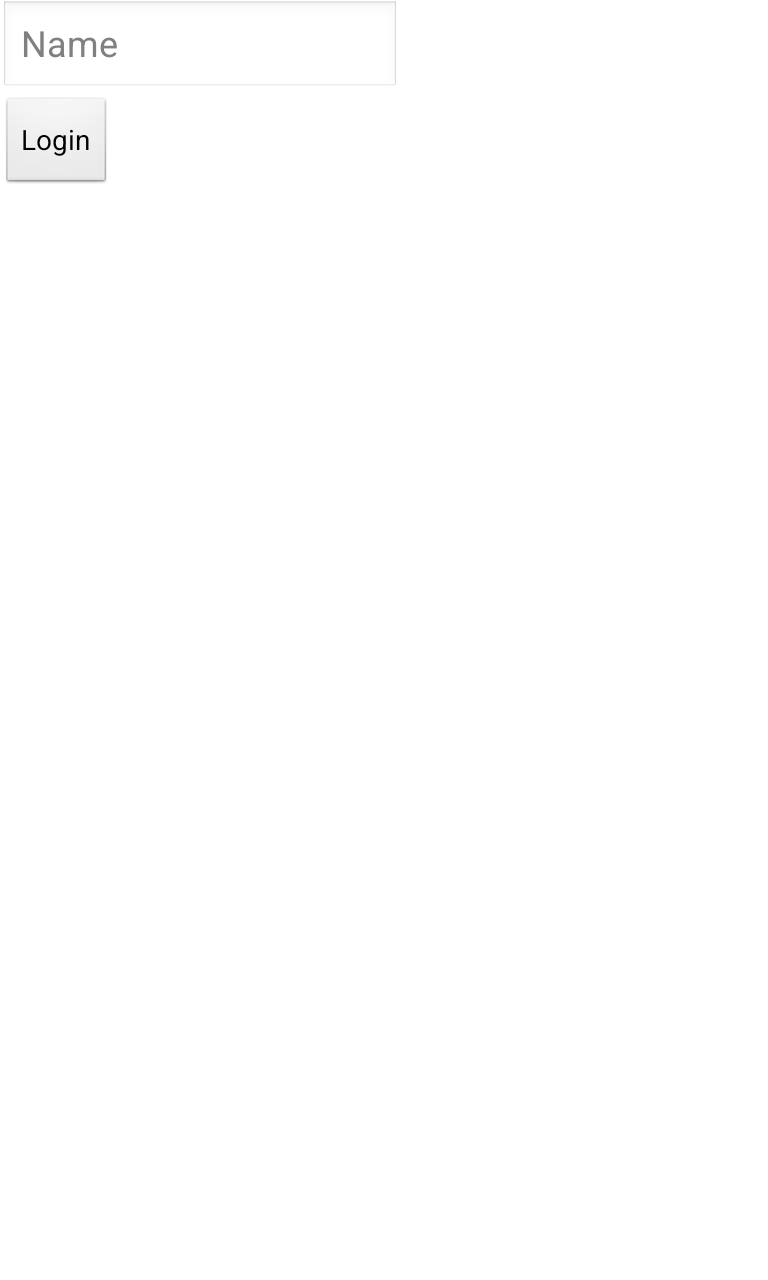
Repository: drice0331/CityMapsAndroidChallenge
Layout: CitymapsUserPhotoDisplay/res/layout/activity_launch.xml
These files come from the project's save history. The layout is drawn as it stood at one moment and after the next save; the edit follows.
It is drawn on a 768 x 1280 px phone screen (xhdpi) without system bars, with theme AppTheme; the app's code is not run.

Above is the layout before, as saved 2015-02-18 21:05:24.

After the next save:
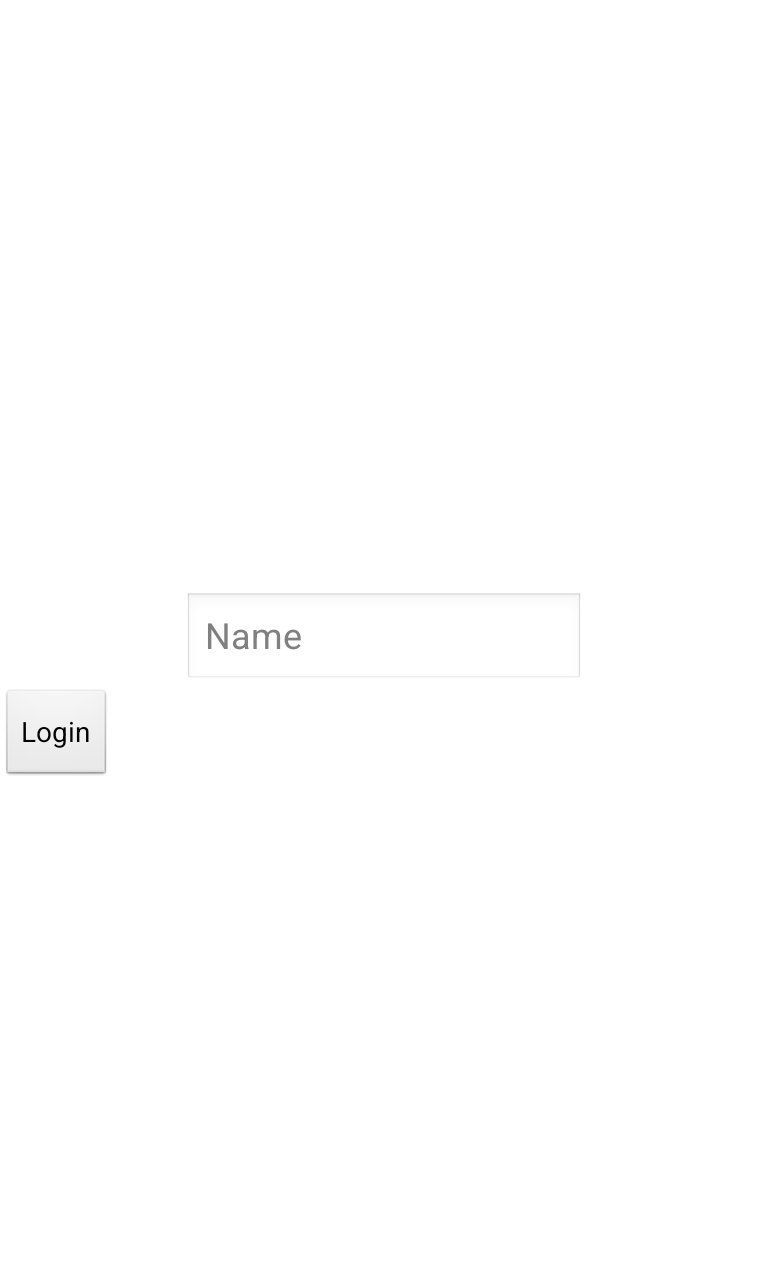
Saved 26 s later.
--- a/CitymapsUserPhotoDisplay/res/layout/activity_launch.xml
+++ b/CitymapsUserPhotoDisplay/res/layout/activity_launch.xml
@@ -8,7 +8,7 @@
         android:id="@+id/login_name"
         android:layout_width="200dp"
         android:layout_height="wrap_content"
-        android:layout_gravity="center"
+        android:layout_centerInParent="true"
         android:hint="@string/name_hint"
         />
 
